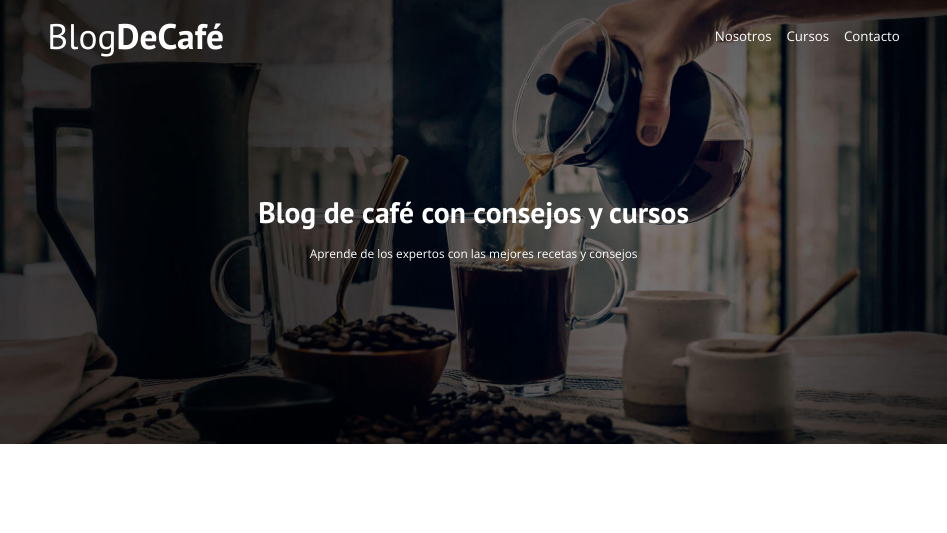
Repository: araque1990/blog_de_cafe
Page: index.html
These files come from the project's save history. The page is drawn as it stood at one moment and after the next save; the edit follows.
The browser window is 1280 px wide. The pictures show the whole page, at 74% of full size.

Above is the page before, as saved 2023-01-11 11:44:02.

### index.html
<!DOCTYPE html>
<html lang="es">
<head>
  <meta charset="UTF-8">
  <meta http-equiv="X-UA-Compatible" content="IE=edge">
  <meta name="viewport" content="width=device-width, initial-scale=1.0">
  <title>Blog de Café</title>
  <link rel="stylesheet" href="css/normalize.css">
  <link rel="preconnect" href="https://fonts.googleapis.com"><link rel="preconnect" href="https://fonts.gstatic.com" crossorigin><link href="https://fonts.googleapis.com/css2?family=Open+Sans&family=PT+Sans:wght@400;700&display=swap" rel="stylesheet">
  <link rel="stylesheet" href="css/styles.css">
</head>
<body>

  <header class="header">
    <div class="contenedor">
      <div class="barra">
        <a class="logo" href="index.html">
          <h1 class="logo__nombre no-margin centrar-texto">Blog<span class="logo__bold">DeCafé</span></h1>
        </a>

        <nav class="navegacion">
          <a href="nosotros.html" class="navegacion__enlace">Nosotros</a>
          <a href="cursos.html" class="navegacion__enlace">Cursos</a>
          <a href="contacto.html" class="navegacion__enlace">Contacto</a>
        </nav>
      </div>
    </div>
    <div class="header__texto">
      <h2 class="no-margin">Blog de café con consejos y cursos</h2>
      <p class="no-margin">Aprende de los expertos con las mejores recetas y consejos</p>
    </div>
  </header>

</body>
</html>

### css/styles.css
:root {
  --fuenteHeading: 'PT Sans', sans-serif;
  --fuenteParrafos: 'Open Sans', sans-serif;

  --primario: #784D3C;
  --blanco: #FFF;
  --negro: #000;
}
html {
  box-sizing: border-box;
  font-size: 62.5%;
}
*, *:before, *:after {
  box-sizing: inherit;
}
body {
  font-family: var(--fuenteParrafos);
  font-size: 1.6rem;
  line-height: 2;
}

/* Globales */
.contenedor {
  max-width: 120rem;
  width: 90%;
  margin: 0 auto;
}
a {
  text-decoration: none;
}
h1, h2, h3, h4 {
  font-family: var(--fuenteHeading);
}
h1 {
  font-size: 4.8rem;
}
h2 {
  font-size: 4rem;
}
h3 {
  font-size: 3.2rem;
}
h4 {
  font-size: 2.8rem;
}
img {
  max-width: 100%;
}

/* Utilidades */
.no-margin {
  margin: 0;
}
.no-padding {
  padding: 0;
}
.centrar-texto {
  text-align: center;
}

/* Header */
.header {
  background-image: url(../img/banner.jpg);
  height: 60rem;
  background-size: cover;
  background-repeat: no-repeat;
  background-position: center center;
}
.header__texto {
  text-align: center;
  color: var(--blanco);
  margin-top: 5rem;
}

@media (min-width: 768px) {
  .header__texto {
    margin-top: 15rem;
  }
}

@media (min-width: 768px) {
  .barra {
    display: flex;
    justify-content: space-between;
    align-items: center;
  }
}
.logo {
  color: var(--blanco);
}
.logo__nombre {
  font-weight: 400;
}
.logo__bold {
  font-weight: 700;
}

@media (min-width: 768px) {
  .navegacion {
    display: flex;
    gap: 2rem;
  }
}
.navegacion__enlace {
  display: block;
  text-align: center;
  font-size: 1.8rem;
  color: var(--blanco);
}

Loaded but not shown: css/normalize.css (library)

After the next save:
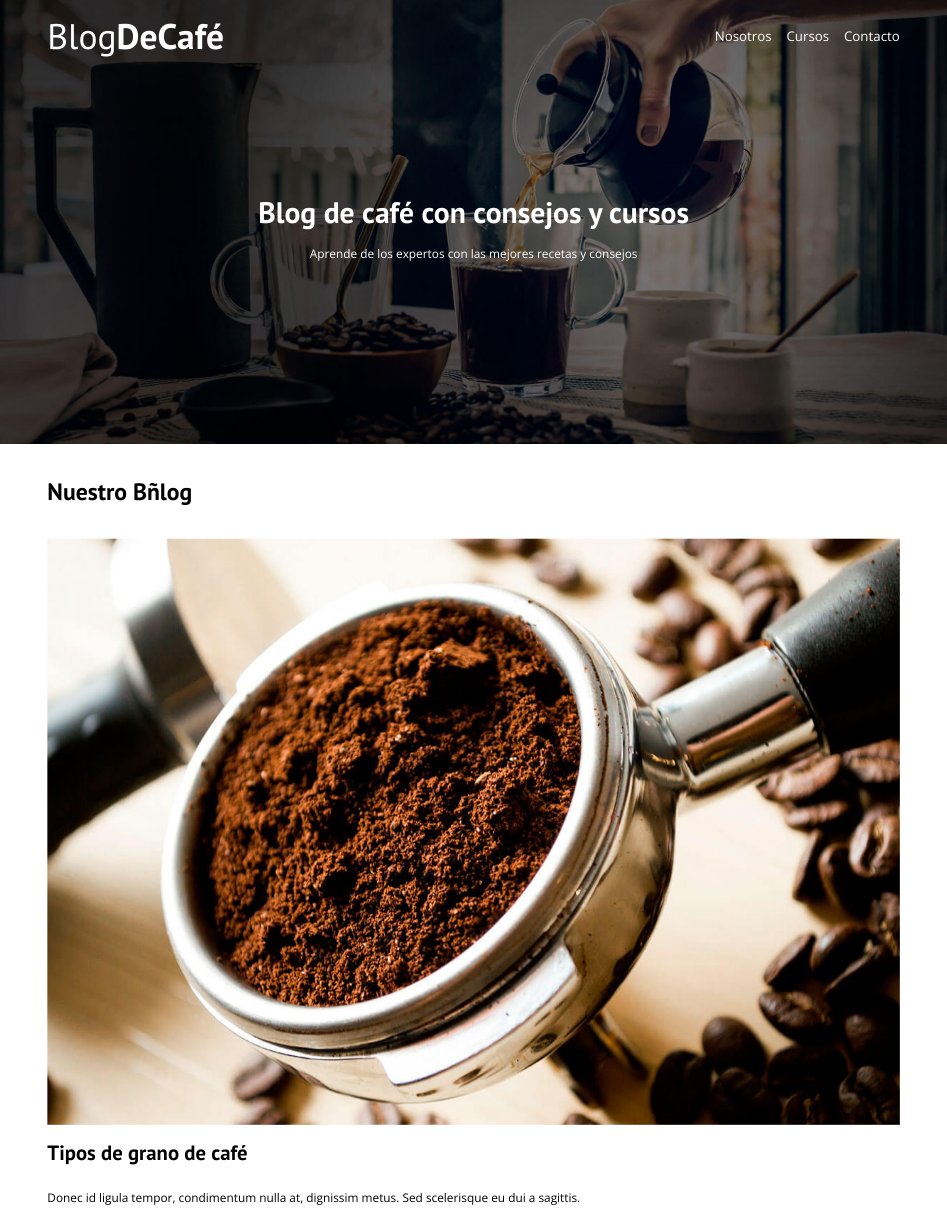
Saved 25 h 19 min later.
--- a/index.html
+++ b/index.html
@@ -31,5 +31,21 @@
     </div>
   </header>
 
+  <div class="contenedor contenido-principal">
+    <main class="blog">
+      <h3>Nuestro Bñlog</h3>
+
+      <article class="entrada">
+        <div class="entrada__imagen">
+          <img src="img/blog1.jpg" alt="imagen blog">
+        </div>
+
+        <div class="entrada__contenido">
+          <h4 class="no-margin">Tipos de grano de café</h4>
+          <p>Donec id ligula tempor, condimentum nulla at, dignissim metus. Sed scelerisque eu dui a sagittis.</p>
+        </div>
+      </article>
+    </main>
+  </div>
 </body>
 </html>
